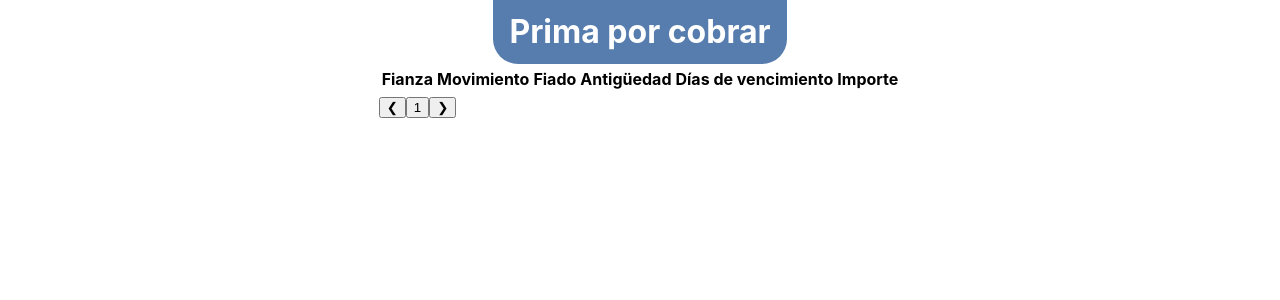
Repository: PCGP22/prueba-t-cnica-liberty-finanzas
Page: / (app in Prueba técnica full-stack/client/)
These files come from the project's save history. The page is drawn as it stood at one moment and after the next save; the edit follows.
The browser window is 1280 px wide. The pictures show the whole page.
The page's requests for data from a server got no answer. The project was rebuilt for these pictures with package versions that can differ from the ones it lists, and the page was loaded fresh each time. No one was signed in, and anything a server would have sent is missing. Also part of the build but not shown: Prueba técnica full-stack/client/vite.config.js, Prueba técnica full-stack/client/src/components/Card.jsx, Prueba técnica full-stack/client/src/components/CardsContainer.jsx, Prueba técnica full-stack/client/src/components/Filters.jsx.

Above is the page before, as saved 2023-11-14 07:32:05.

### Prueba técnica full-stack/client/src/App.jsx
import { dataContext } from "./context/dataContext";
import Table from "./components/Table";
import { useEffect, useReducer } from "react";
import Pagination from "./components/pagination";
import reducer from "./hooks/Reducer";
import Header from "./components/Header";

function App() {
  let url = "http://localhost:5000/primas";
  const initialState = {
    backupData: {},
    data: {},
    dataToShow: {},
    currentPage: 1,
    maxPages: 1,
    contentPerPage: 8,
  };

  const [state, dispatch] = useReducer(reducer, initialState);
  useEffect(() => {
    fetch(url)
      .then((res) => res.json())
      .then((data) => dispatch({ type: "initialize", payload: data.primas }));
  }, [url]);

  return (
    <dataContext.Provider value={[state, dispatch]}>
      <Header />
      <Table />
      <Pagination />
    </dataContext.Provider>
  );
}

export default App;

### Prueba técnica full-stack/client/src/index.css
:root {
  font-family: Inter, system-ui, Avenir, Helvetica, Arial, sans-serif;
  line-height: 1.5;
  font-weight: 400;
  --background-color: #f2f2f1;
  --darkest-blue: #22305a;
  --blue: #1a4b94;
  --light-blue: #577dae;
  --lightest-blue: #9fbde4;
  --status-red: #de7878;
  --status-yellow: #f6c476;
  --status-green: #8fc475;
  --icon-red: #b93d3d;
  --icon-green: #6cb85d;
  --text-blue: #3a689d;
  --text-red:  #af2e2c;
  --box-shadow: solid black 8px 8px 16px;
}
body, h1{
  margin: 0;
  padding: 0;
}
body, header{
  display: flex;
  flex-direction: column;
  align-items: center;
}
h1{
  display: inline-block;
  padding: 8px 16px;
  border-radius: 0 0 25px 25px;
  background-color: var(--light-blue);
  color:white;
  text-align: center;
  box-shadow: solid black 8px 8px 16px;
}

### Prueba técnica full-stack/client/src/context/dataContext.js
import { createContext } from "react";

export const dataContext = createContext();

### Prueba técnica full-stack/client/src/components/Table.jsx
import { calculateAntiquityInDays } from "../utils/utils";
import { useContext } from "react";
import { dataContext } from "../context/dataContext";

function Table() {
  const [state, dispatch] = useContext(dataContext);

  return (
    <table>
      <tbody>
        <tr>
          <th>Fianza</th>
          <th>Movimiento</th>
          <th>Fiado</th>
          <th>Antigüedad</th>
          <th>Días de vencimiento</th>
          <th>Importe</th>
        </tr>
        {state.dataToShow.length > 0 &&
          state.dataToShow.map((t) => {
            let antiquity = calculateAntiquityInDays(
              t.datos["fecha de emisión"]
            );
            let daysSinceStale = calculateAntiquityInDays(
              t.datos["fecha de vencimiento"]
            );
            if (daysSinceStale < 0) daysSinceStale = 0;
            return (
              <tr key={t.datos.código_de_fianza}>
                <td>{t.datos.código_de_fianza}</td>
                <td>{t.datos.tipo_de_movimiento}</td>
                <td>{t.datos.fiado}</td>
                <td>{antiquity}</td>
                <td>{daysSinceStale}</td>
                <td>${t.datos.importe.toLocaleString()}</td>
              </tr>
            );
          })}
      </tbody>
    </table>
  );
}

export default Table;

### Prueba técnica full-stack/client/src/components/pagination.jsx
import { useContext } from "react";
import { dataContext } from "../context/dataContext";

function Pagination() {
  const [state, dispatch] = useContext(dataContext);

  //   return <button onClick={() => dispatch({ type: "change" })}>Cambiar</button>;
  //   const { state.maxPages, state.currentPage, setstate.CurrentPage, setNextPage, setPrevPage } =
  // useContext(dataContext);
  //This pagination is somewhat complex because I've used it before in bigger proyects.
  //First, it initializes the pagination buttons to the first 6 numbers except for the number 1
  //The reason it doesn't includes the first page is because the first and last page buttons are always shown
  let pagesButtons = [2, 3, 4, 5, 6];
  //while the current page stays on the first three pages, show all first 6
  //The reason for the if, it's that I want the first 6 buttons to be shown when returning from the latest pages
  if (
    state.currentPage === 1 ||
    state.currentPage === 2 ||
    state.currentPage === 3
  ) {
    pagesButtons = [2, 3, 4, 5, 6];
  }
  //As soon as we change to page 4 or more, let's follow the current page and
  //add two buttons to the left and two to the right
  if (state.currentPage >= 4) {
    pagesButtons = [
      state.currentPage - 2,
      state.currentPage - 1,
      state.currentPage,
      state.currentPage + 1,
      state.currentPage + 2,
    ];
  }
  //When approaching to the right end of the pagination, show the last 5 pages
  if (
    state.currentPage === state.maxPages - 1 ||
    state.currentPage === state.maxPages - 2 ||
    state.currentPage === state.maxPages
  ) {
    //The reason it doesn't includes the last page is because the first and last page buttons are always shown
    pagesButtons = [
      state.maxPages - 5,
      state.maxPages - 4,
      state.maxPages - 3,
      state.maxPages - 2,
      state.maxPages - 1,
    ];
  }
  return (
    <section className="pagination">
      <button
        //About the class: When in first or last page the navigation chevrons will have a special class
        //The same happens when the button is the current page
        className={`${state.currentPage === 1 && "disabled"}`}
        onClick={() => dispatch({ type: "prevPage" })}>
        ❮
      </button>
      {/* First button, always shown */}
      <button
        className={`${state.currentPage === 1 && "disabled"}`}
        onClick={() => dispatch({ type: "setPage", payload: 1 })}>
        1
      </button>
      {/* Adds three dots in case the current page is bigger than 4*/}
      {state.currentPage > 4 && <p>•••</p>}
      {/* Map through all pages defined in the first part*/}
      {pagesButtons.map((p) => {
        if (p > 1 && p < state.maxPages)
          return (
            <button
              className={`${state.currentPage === p && "disabled"}`}
              key={p}
              onClick={() => dispatch({ type: "setPage", payload: p })}>
              {p}
            </button>
          );
      })}
      {/* Adds three dots in case the current page is getting closer to the right end*/}
      {state.currentPage < state.maxPages - 3 && <p>•••</p>}
      {/* If there's more than 1 page, show always the last page*/}
      {state.maxPages > 1 && (
        <button
          className={`${state.currentPage === state.maxPages && "disabled"}`}
          onClick={() =>
            dispatch({ type: "setPage", payload: state.maxPages })
          }>
          {state.maxPages}
        </button>
      )}
      <button
        className={`${state.currentPage === state.maxPages && "disabled"}`}
        onClick={() => dispatch({ type: "nextPage" })}>
        ❯
      </button>
    </section>
  );
}

export default Pagination;

### Prueba técnica full-stack/client/src/hooks/Reducer.js
function reducer(state, action) {
  function divideData(data, currentPage, state) {
    let dividedData = data.slice(
      (currentPage - 1) * state.contentPerPage,
      currentPage * state.contentPerPage
    );
    return dividedData;
  }
  function calculateMaxPages(data, state) {
    let maxPages = Math.ceil(data.length / state.contentPerPage);
    return maxPages;
  }
  const { type, payload } = action;
  switch (type) {
    case "initialize":
      return {
        ...state,
        backupData: payload,
        data: payload,
        dataToShow: divideData(payload, 1, state),
        maxPages: calculateMaxPages(payload, state),
      };
    case "prevPage":
      if (state.currentPage > 1) {
        return {
          ...state,
          currentPage: state.currentPage - 1,
          dataToShow: divideData(state.data, state.currentPage - 1, state),
        };
      } else return state;
    case "nextPage":
      if (state.currentPage < state.maxPages) {
        return {
          ...state,
          currentPage: state.currentPage + 1,
          dataToShow: divideData(state.data, state.currentPage + 1, state),
        };
      } else return state;
    case "setPage":
      return {
        ...state,
        currentPage: payload,
        dataToShow: divideData(state.data, payload, state),
      };
    case "filter":
      if (payload.filter === "") {
        return { ...state, dataToShow: state.backupData };
      } else
        return {
          ...state,
          dataToShow: state.backupData.filter(
            (d) => d[payload.type] === payload.filter
          ),
        };
    default:
      return state;
  }
}

export default reducer;

### Prueba técnica full-stack/client/src/components/Header.jsx
import CardsContainer from "./CardsContainer";
import Filters from "./Filters";

function Header() {
  return (
    <header>
      <h1>Prima por cobrar</h1>
      <Filters />
      <CardsContainer />
    </header>
  );
}

export default Header;

### Prueba técnica full-stack/client/src/utils/utils.js
//This function calculates how many days have passed since a date
export function calculateAntiquityInDays(date) {
  let parsedDate = parseDate(date);
  const CONSTANT_Ms_TO_DAYS = 86400000;
  let today = new Date();
  let comparisonDate = new Date(parsedDate);
  return Math.trunc((today - comparisonDate) / CONSTANT_Ms_TO_DAYS) - 1;
}

//transforms the date DD/MM/YYYY to an acceptable MM/DD/YYYY
function parseDate(date) {
  let stringToArray = date.split("/");
  let temp = stringToArray[0];
  stringToArray[0] = stringToArray[1];
  stringToArray[1] = temp;
  return stringToArray.join("/");
}

Loaded but not shown: Prueba técnica full-stack/client/index.html (common file); Prueba técnica full-stack/client/src/main.jsx (common file)

After the next save:
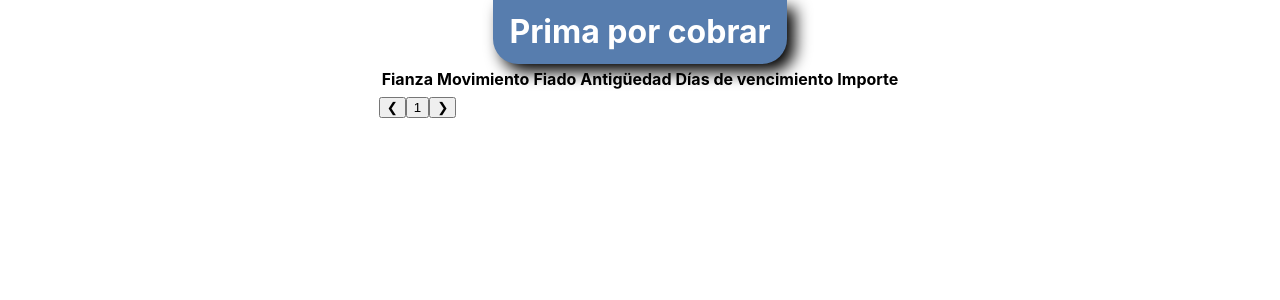
Saved 36 s later.
--- a/Prueba técnica full-stack/client/src/index.css
+++ b/Prueba técnica full-stack/client/src/index.css
@@ -32,5 +32,5 @@ h1{
   background-color: var(--light-blue);
   color:white;
   text-align: center;
-  box-shadow: solid black 8px 8px 16px;
+  box-shadow: black 8px 8px 16px;
 }
